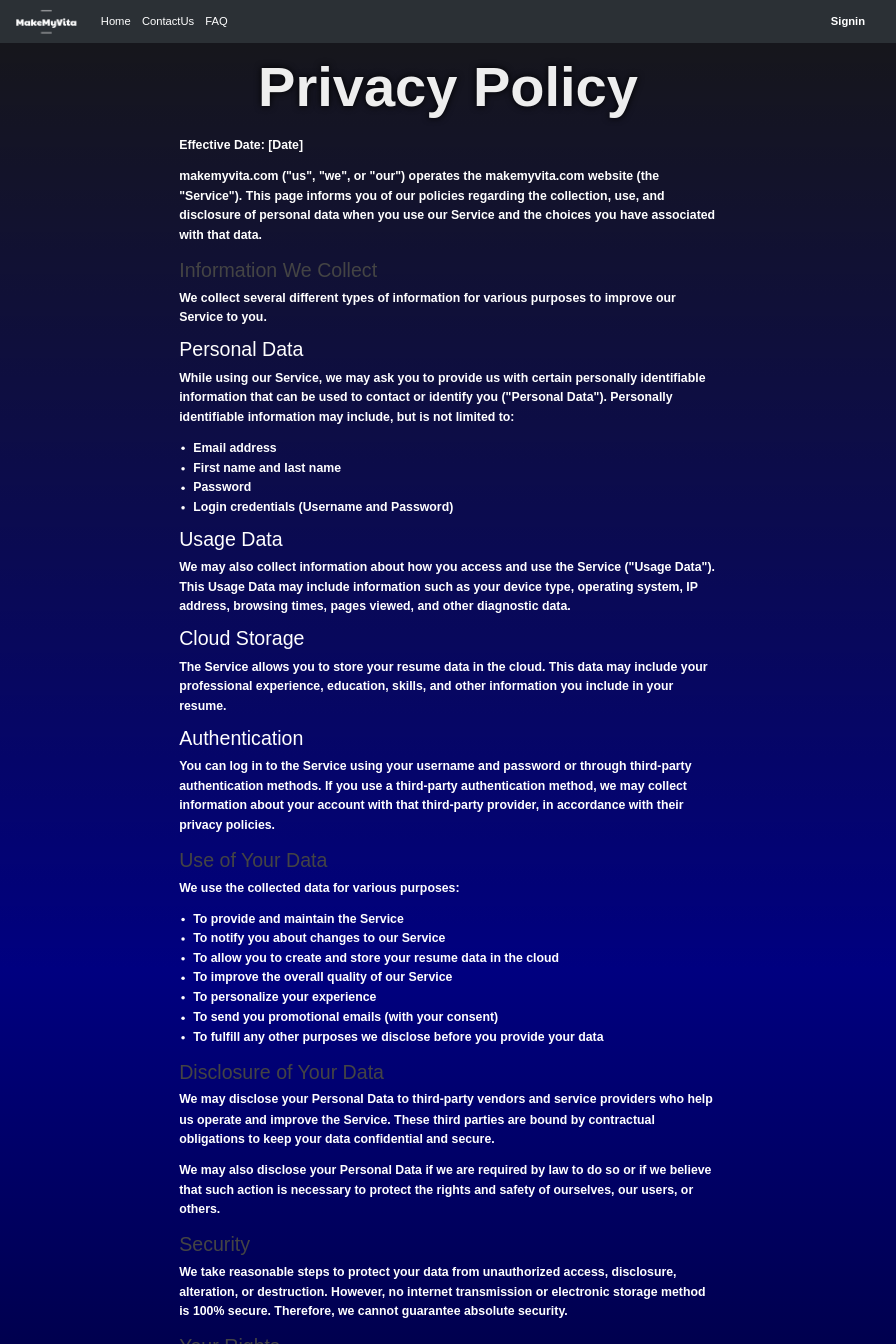
Repository: Tejaakshaykumar/MakeMyVita-Resume-Builder-Website
Page: /privacy (app in frontend/)
These files come from the project's save history. The page is drawn as it stood at one moment and after the next save; the edit follows.
The browser window is 1280 px wide. The pictures show the part of the page from y = 0 to 1920 px (the page is 2960 px tall before and 3012 px after), at 70% of full size.
Some web libraries are served in a nearby version. The project was rebuilt for these pictures with package versions that can differ from the ones it lists, and the page was loaded fresh each time. Also part of the build but not shown: frontend/src/App.css, frontend/src/containers/About.js, frontend/src/containers/Buildresume.js, frontend/src/containers/Images.js, frontend/src/containers/Features.js, frontend/src/containers/Review.js, frontend/src/containers/Trybox.js, frontend/src/containers/Motionbox.js and 5 more.

Above is the page before, as saved 2024-06-10 11:59:59.

### frontend/public/index.html
<!DOCTYPE html>
<html lang="en">
  <head>
    <meta charset="utf-8" />
    <link rel="icon" href="%PUBLIC_URL%/favicon.ico" />
    <meta name="viewport" content="width=device-width, initial-scale=1" />
    <meta name="theme-color" content="#000000" />
    <meta
      name="description"
      content="Web site created using create-react-app"
    />
    <link rel="apple-touch-icon" href="%PUBLIC_URL%/logo192.png" />
    <!--
      manifest.json provides metadata used when your web app is installed on a
      user's mobile device or desktop. See https://developers.google.com/web/fundamentals/web-app-manifest/
    -->
    <link rel="manifest" href="%PUBLIC_URL%/manifest.json" />
    <link rel="stylesheet" href="https://stackpath.bootstrapcdn.com/bootstrap/4.5.2/css/bootstrap.min.css">
  <link rel="stylesheet" href="https://stackpath.bootstrapcdn.com/font-awesome/4.7.0/css/font-awesome.min.css">
  <link href="https://cdn.jsdelivr.net/npm/bootstrap@5.3.3/dist/css/bootstrap.min.css" rel="stylesheet" integrity="sha384-QWTKZyjpPEjISv5WaRU9OFeRpok6YctnYmDr5pNlyT2bRjXh0JMhjY6hW+ALEwIH" crossorigin="anonymous">
  <link href="https://cdn.jsdelivr.net/npm/bootstrap-icons@1.7.2/font/bootstrap-icons.css" rel="stylesheet">
    <!--
      Notice the use of %PUBLIC_URL% in the tags above.
      It will be replaced with the URL of the `public` folder during the build.
      Only files inside the `public` folder can be referenced from the HTML.

      Unlike "/favicon.ico" or "favicon.ico", "%PUBLIC_URL%/favicon.ico" will
      work correctly both with client-side routing and a non-root public URL.
      Learn how to configure a non-root public URL by running `npm run build`.
    -->
    <title>React App</title>
  </head>
  <body>
    <noscript>You need to enable JavaScript to run this app.</noscript>
    <div id="root"></div>
    <!--
      This HTML file is a template.
      If you open it directly in the browser, you will see an empty page.

      You can add webfonts, meta tags, or analytics to this file.
      The build step will place the bundled scripts into the <body> tag.

      To begin the development, run `npm start` or `yarn start`.
      To create a production bundle, use `npm run build` or `yarn build`.
    -->
  </body>
  <script src="https://cdn.jsdelivr.net/npm/bootstrap@5.3.3/dist/js/bootstrap.bundle.min.js" integrity="sha384-YvpcrYf0tY3lHB60NNkmXc5s9fDVZLESaAA55NDzOxhy9GkcIdslK1eN7N6jIeHz" crossorigin="anonymous"></script>
</html>

### frontend/src/containers/Navbar.js
import React from 'react';
import { useNavigate } from 'react-router-dom';
import logo from '../images/HubSpot Brand Kit/Logo/PNG/main-logo-white-transparent.png';
export default function Navbar() {
  const navigate = useNavigate();
  const handleSigninClick = () => {
    navigate('/signin');
  };
  return (
    <div>

      <nav className="navbar fixed-top navbar-expand-lg bg-body-tertiary" data-bs-theme="dark" >
      <div className="container-fluid" >
        <a className="navbar-brand" href="/">
        <img src={logo} alt="Logo" style={{height:'5vh',width:'15vh',objectFit:'cover'}} />
        </a>
        <button
          className="navbar-toggler"
          type="button"
          data-bs-toggle="collapse"
          data-bs-target="#navbarSupportedContent"
          aria-controls="navbarSupportedContent"
          aria-expanded="false"
          aria-label="Toggle navigation"
        >
          <span className="navbar-toggler-icon" />
        </button>
        <div className="collapse navbar-collapse" id="navbarSupportedContent">
          <ul className="navbar-nav me-auto mb-2 mb-lg-0">
            <li className="nav-item">
              <a className="nav-link active" aria-current="page" href="/">
                Home
              </a>
            </li>
            <li className="nav-item">
              <a className="nav-link active" aria-current="page" href="#">
                ContactUs
              </a>
            </li>
            <li className="nav-item">
              <a className="nav-link active" aria-current="page" href="/FAQ">
                FAQ
              </a>
            </li>
          </ul>
          <form className="d-flex">
            <button className=" btn btn-outline-success custom-btn" type="submit" onClick={handleSigninClick}>
            &nbsp;&nbsp;&nbsp;&nbsp;&nbsp;Signin&nbsp;&nbsp;&nbsp;&nbsp;&nbsp;
            </button>
          </form>
        </div>
      </div>
    </nav>

    </div>
  );
}

### frontend/src/containers/Foot.js
import React from 'react';
import './cont.css'; // Import the CSS file

export default function Foot() {
  return (
    <footer>
      <div className="footer-container ">
        <ul className="footer-nav">
        <li className="nav-item">
            <a className="nav-link" href="/aboutus">
              ABOUT US
            </a>
          </li>
          <>|</>
          <li className="nav-item">
            <a className="nav-link" href="/T&C">
              TERMS & CONDITIONS
            </a>
          </li>
          <>|</>
        <li className="nav-item">
            <a className="nav-link" href="/privacy">
              PRIVACY POLICY
            </a>
          </li>
          <>|</>
          <li className="nav-item">
            <a className="nav-link" href="#">
              CONTACT US
            </a>
          </li>
          <>|</>
          <li className="nav-item">
            <a className="nav-link" href="/FAQ">
              FAQs
            </a>
          </li>
        </ul>
        <div class="social-icons">
        <a href="https://www.facebook.com" target="_blank" aria-label="Facebook">
          <i class="bi bi-facebook"></i>
        </a>
        <a href="https://www.instagram.com" target="_blank" aria-label="Instagram">
          <i class="bi bi-instagram"></i>
        </a>
        <a href="https://www.pinterest.com" target="_blank" aria-label="Pinterest">
          <i class="bi bi-pinterest"></i>
        </a>
        <a href="https://www.youtube.com" target="_blank" aria-label="YouTube">
          <i class="bi bi-youtube"></i>
        </a>
        <a href="https://www.linkedin.com" target="_blank" aria-label="LinkedIn">
          <i class="bi bi-linkedin"></i>
        </a>
        <a href="https://www.twitter.com" target="_blank" aria-label="Twitter">
          <i class="bi bi-twitter"></i>
        </a>
      </div>
      <div className="footer-copy">
          &copy; 2024 developed by Teja Akshay Kumar
      </div>
      </div>
    </footer>
  );
}

### frontend/src/containers/cont.css
/* navbar */
.custom-btn {
  color: white;
}
.custom-btn:hover {
  color: black;
  background-color: white;
}

.footer-container {
  height: 25vh;
  width: 100%;
  background-color: rgb(0, 0, 0);
  color: white;
  display: flex;
  flex-direction: column;
  align-items: center;
  /* padding-bottom: 3%; */
  /* justify-content: center; */
}

.footer-nav {
  display: flex;
  list-style: none;
  padding-top: 30px;
  margin: 0;
}

.footer-nav .nav-item {
  margin: 0 50px;
}

.footer-nav .nav-item .nav-link {
  color: white;
  text-decoration: none;
  /* text-transform: uppercase; */
  /* text-decoration: underline; */
}

.footer-nav .nav-item .nav-link:hover {
  text-decoration: underline;
}

.footer-copy {
  /* padding-top: 5%; */
  text-align: center;
  font-size: large;
  font-weight: 500;
  /* padding-bottom: 3%; */
}

.social-icons {
  display: flex;
  justify-content: center;
  gap: 40px;
  padding: 40px;
  /* background-color: #f0f0f0; */
}

.social-icons a {
  color: #ffffff;
  font-size: 24px;
  text-decoration: none;
}

.social-icons a:hover {
  color: #007bff;
}

/* Features */

.feature-component {
  height: 90vh;
  width: 100%;
  display: flex;
  justify-content: flex-start;
  flex-wrap: wrap;
  margin-top: 10%;
  padding-left: 8%;
  padding-right: 8%;
}
.feature {
  flex: 1 1 30%;
  box-sizing: border-box;
  padding: 20px;
  margin: 10px;
  text-align: center;
  background-color: #fff;
  border-radius: 8px;
  /* box-shadow: 0 4px 8px rgba(0, 0, 0, 0.1); */
}

.feature img {
  width: 60px;
  height:80px;
  margin-bottom: 10px;
}

.feature h3 {
  font-size: 1.5em;
  margin-bottom: 10px;
  font-weight: 500;
  font-family:'Franklin Gothic Medium', 'Arial Narrow', Arial, sans-serif;
}

.feature p {
  font-size: 1.3em;
  color: #666;
  font-weight: 400;
  font-family: 'Gill Sans', 'Gill Sans MT', Calibri, 'Trebuchet MS', sans-serif;
}

.feature:hover {
  background: linear-gradient(to right, #fd4908, #1e90ff);
  box-shadow: black;
  border-radius: 5%;
  color: rgb(255, 255, 255);
}

.feature:hover h3,
.feature:hover p {
  color: rgb(255, 255, 255);
}

/* About */
.resume-builder-container {
  display: flex;
  flex-direction: row;
  justify-content: space-between;
  align-items: center;
  padding: 10vh;
  /* background-color: #fff; */
  background: linear-gradient(to right, #84eefc, #ffffff, #ffffff);
  /* background:linear-gradient(to left, #00e1ff,#ffffff, #ffffff); */
  /* border: 1px solid #ddd; */
  /* border-radius: 8px; */
  /* box-shadow: 0 2px 4px rgba(0, 0, 0, 0.1); */
  height: 80vh;
}

.resume-builder-container1 {
  display: flex;
  flex-direction: row;
  justify-content: space-between;
  align-items: center;
  padding: 10vh;
  height: 80vh;
  background: linear-gradient(to top, #ffffff, #59CE8F,#E8F9FD, #ffffff);
}

/* .resume-builder-image {
    -webkit-mask-image: radial-gradient(circle, rgba(0, 0, 0, 1) 50%, rgba(0, 0, 0, 0) 90%);
    mask-image: radial-gradient(circle, rgba(0, 0, 0, 1) 50%, rgba(0, 0, 0, 0) 90%);
  }
   */
.resume-builder-content {
  max-width: 60%;
  padding: 10%;
}

.resume-builder-content1 {
  max-width: 70%;
  padding: 10%;
}

.resume-builder-content h1 {
  font-size: 4em;
  color: #333;
  margin-bottom: 10px;
  font-family: "Franklin Gothic Medium", "Arial Narrow", Arial, sans-serif;
  text-align: left;
}

.resume-builder-content p {
  font-size: 1.4em;
  font-weight: 400;
  color: #666;
  line-height: 1.5;
  margin-bottom: 20px;
  /* padding-left: 2%; */
  /* text-align: center; */
}

.resume-builder-content1 h1 {
  font-size: 4em;
  color: #333;
  margin-bottom: 10px;
  font-family: "Franklin Gothic Medium", "Arial Narrow", Arial, sans-serif;
  text-align: left;
}

.resume-builder-content1 p {
  font-size: 1.4em;
  font-weight: 400;
  color: #666;
  line-height: 1.5;
  margin-bottom: 20px;
  /* padding-left: 2%; */
  /* text-align: center; */
}

.aboutbutton {
  height: 6vh;
  width: 27%;
  margin-left: 20%;
  margin-top: 2%;
  text-align: center;
  font-weight: 500;
  border-radius: 7px;
  color: #ffffff;
  font-weight: 700;
  transition: background 0.3s ease;
  /* border-style:solid; */
  border-color: white;
  background: #3e14fc;
  box-shadow: 0 2px 6px rgba(24, 23, 23, 0.801);
  /* box-shadow: #3e14fc; */
}
.aboutbutton:hover {
  transition: background 0.3s ease;
  border-style: solid;
  background: linear-gradient(to right, #ffd000, #ff0000);
  box-shadow: #3e14fc;
}

.create-now-button {
  background-color: #00b0ff;
  color: #fff;
  border: none;
  padding: 10px 20px;
  font-size: 1em;
  border-radius: 5px;
  cursor: pointer;
}

.create-now-button:hover {
  background-color: #008cba;
}

.resume-builder-image {
  max-width: 40%;
}

.resume-builder-image img {
  max-width: 100%;
  height: auto;
  border-radius: 8px;
}

.text-gradient {
  background: linear-gradient(to right, #ff7f50, #1e90ff);
  -webkit-background-clip: text;
  -webkit-text-fill-color: transparent;
  background-clip: text;
  color: transparent;
}

.icon-container {
  width: 100%;
  height: 100px;
  overflow: hidden;
  white-space: nowrap;
  position: relative;
  background-color: #ffffff;
  padding-bottom: 25px;
}

.icons {
  display: inline-block;
  animation: moveIcons 40s linear infinite;
}

.icons img {
  font-size: 24px;
  margin: 0 15px; /* Add some margin between icons */
  color: #333;
  /* width: 100px; Adjust the size as needed */
  height: 50px;
}

@keyframes moveIcons {
  0% {
    transform: translateX(70%);
  }
  100% {
    transform: translateX(-100%);
  }
}

.try {
  height: 30vh;
  width: 100%;
  background-image: url("C:/Users/tejaa/Downloads/pexels-magda-ehlers-pexels-1279813.jpg");
  background-size: cover;
  align-items: center;
  display: flex;
  flex-direction: column;
  justify-content: center;
  margin-bottom: 7vh;
  margin-top: 5vh;
}

.try h2 {
  font-size: 280%;
  color: antiquewhite;
  text-shadow: 5px 5px 3px rgba(0, 0, 0, 0.3);
}
.try button {
  height: 4vh;
  width: 15%;
  font-weight: 700;
  border-radius: 5cm;
  color: blanchedalmond;
  border: #ffffff;
  background: linear-gradient(to right, #fd0808, #a51eff);
}

/* Review */
/* Styles for the main container */
/* Swiper specific styles */
/* #App {
  height: 100%;
}
html,
body {
  position: relative;
  height: 100%;
}

body {
  background: #eee;
  font-family: Helvetica Neue, Helvetica, Arial, sans-serif;
  font-size: 14px;
  color: #000;
  margin: 0;
  padding: 0;
} */
.swiper-container {
  /* position: relative; */
  height: 30vh;
  background: #ffffff;
  font-family: Helvetica Neue, Helvetica, Arial, sans-serif;
  font-size: 14px;
  color: #000;
  margin: 30px;
  padding: 10px;
  display: flex;
  flex-direction: row;
  justify-content: center;
}

.swiper {
  width: 100%;
  height: 100%;
}

.swiper-slide {
  text-align: center;
  font-size: 18px;
  background: #ffffff;
  display: flex;
  justify-content: center;
  align-items: center;
  padding-top: 20%;
  /* margin: 5%; */
}

.swiper-slide img {
  display: block;
  width: 100%;
  height: 100%;
  object-fit: cover;
}

.autoplay-progress {
  position: absolute;
  right: 16px;
  bottom: 16px;
  z-index: 10;
  width: 48px;
  height: 48px;
  display: flex;
  align-items: center;
  justify-content: center;
  font-weight: bold;
  color: var(--swiper-theme-color);
}

.autoplay-progress svg {
  --progress: 0;
  position: absolute;
  left: 0;
  top: 0px;
  z-index: 10;
  width: 100%;
  height: 100%;
  stroke-width: 4px;
  stroke: var(--swiper-theme-color);
  fill: none;
  stroke-dashoffset: calc(125.6px * (1 - var(--progress)));
  stroke-dasharray: 125.6;
  transform: rotate(-90deg);
}

### frontend/src/pages/pagestyles.css
/* TandC */

.tandc-container {
    max-width: 100%;
    padding: 6% 20%;
    font-family: Arial, sans-serif;
    background: linear-gradient(to top,rgb(0, 0, 0),navy,rgba(0, 0, 0, 0.911));
    color:#eee;
    margin-bottom: -2%;

  }

  .tandc-container h1 {
    text-align: center;
    margin-bottom: 20px;
    font-weight: 700;
    color: #eee;
    font-size: 5rem;
    text-shadow: 0px 0px 10px rgb(0, 0, 0);
  }

  .tandc-container h2 {
    margin-top: 30px;
    color: #eee;
    font-weight: 700;
    font-size: 1.7rem;
    text-shadow: 0px 0px 10px rgba(0, 0, 0, 0.884);
  }

  .tandc-container p {
    line-height: 1.6;
    font-weight: 600;
    font-size: 1.1rem;
  }

  .tandc-container ul {
    list-style-type: disc;
    padding-left: 20px;
    font-weight: 600;
    font-size: 1.1rem;
  }

  .tandc-container a {
    color: #1a73e8;
    text-decoration: none;
  }

  .tandc-container a:hover {
    text-decoration: underline;
  }


  /* Privacy */
  .privacy-container {
    max-width: 100%;
    padding: 6% 20%;
    font-family: 'Arial', sans-serif;
    color: #ffffff;
    line-height: 1.6;
    background: linear-gradient(to top,rgb(0, 0, 0),navy,rgba(0, 0, 0, 0.911));
    /* border-radius: 8px; */
    /* box-shadow: 0 0 10px rgba(0, 0, 0, 0.1); */
    margin-bottom: -2%;
  }

  .privacy-container h1 {
    text-align: center;
    margin-bottom: 20px;
    font-weight: 700;
    color: #eee;
    font-size: 5rem;
    text-shadow: 0px 0px 10px rgb(0, 0, 0);
  }

  .privacy-container h2 {
    color: #444;
    font-size: 1.75rem;
    margin-top: 20px;
  }

  .privacy-container h3 {

  }

  .privacy-container p {
    line-height: 1.6;
    font-weight: 600;
    font-size: 1.1rem;
  }

  .privacy-container ul {
    list-style-type: disc;
    padding-left: 20px;
    font-weight: 600;
    font-size: 1.1rem;
  }

  .privacy-container a {
    color: #1a73e8;
    text-decoration: none;
  }

  .privacy-container a:hover {
    text-decoration: underline;
  }

  @media (max-width: 600px) {
    .privacy-container {
      padding: 10px;
    }

    h1 {
      font-size: 2rem;
    }

    h2 {
      font-size: 1.5rem;
    }

    h3 {
      font-size: 1.25rem;
    }
  }

  /* Aboutus */
  .about-container {
    font-family: 'Arial', sans-serif;
    color: #fff;
    max-width: 1200px;
    margin: 0 auto;
    padding: 20px;
    background-color: #000; /* For overall contrast, adjust as needed */
  }

  .about-top {
    position: relative;
    text-align: center;
    color: white;
  }

  .about-image {
    width: 100%;
    height: auto;
    border-radius: 10px;
    opacity: 0.8;
  }

  .about-content {
    position: absolute;
    top: 50%;
    left: 50%;
    transform: translate(-50%, -50%);
    background-color: rgba(0, 0, 0, 0.5); /* Semi-transparent background */
    padding: 20px;
    border-radius: 10px;
    max-width: 90%;
    text-align: left;
  }

  .about-content h1 {
    font-size: 3rem;
    margin-bottom: 10px;
  }

  .about-content p {
    font-size: 1.2rem;
  }

  .about-bottom {
    background-color: #222;
    padding: 40px;
    border-radius: 10px;
    margin-top: 20px;
  }

  .about-bottom h2 {
    font-size: 2rem;
    margin-bottom: 20px;
  }

  .about-bottom p,
  .about-bottom ul {
    font-size: 1.2rem;
    line-height: 1.6;
  }

  .about-bottom ul {
    list-style-type: disc;
    padding-left: 20px;
  }

  .about-bottom h3 {
    font-size: 1.5rem;
    margin-top: 20px;
  }

  @media (max-width: 768px) {
    .about-content h1 {
      font-size: 2rem;
    }

    .about-content p {
      font-size: 1rem;
    }

    .about-bottom h2 {
      font-size: 1.5rem;
    }

    .about-bottom p,
    .about-bottom ul {
      font-size: 1rem;
    }
  }

  /* FAQ */
  /* styles.css */

/* body, html {
  margin: 0;
  padding: 0;
  font-family: Arial, sans-serif;
  background-color: #f7f7f7;
}

.app {
  display: flex;
  justify-content: center;
  align-items: center;
  min-height: 100vh;
  padding: 20px;
} */

.faq-container {
  background-color: white;
  padding: 20px;
  border-radius: 8px;
  max-width: 800px;
  width: 100%;
  box-shadow: 0 4px 8px rgba(0, 0, 0, 0.1);
}

.faq-container h1 {
  text-align: center;
  margin-bottom: 20px;
}

.faq-container input {
  width: 100%;
  padding: 10px;
  margin-bottom: 20px;
  border: 1px solid #ccc;
  border-radius: 4px;
}

.faq-list {
  max-height: 500px;
  overflow-y: auto;
}

.faq-item {
  border-bottom: 1px solid #eee;
  padding: 10px 0;
}

.faq-question {
  cursor: pointer;
  font-weight: bold;
}

.faq-answer {
  margin-top: 10px;
}

.related-articles {
  margin-top: 10px;
}

.related-articles h4 {
  margin-bottom: 5px;
}

.related-articles ul {
  padding-left: 20px;
  margin: 0;
}

.related-articles li {
  list-style-type: disc;
}



  /* Dashboard */
  body {
    font-family: Arial, sans-serif;
  }

  .sidebar {
    position: fixed;
    top: 0;
    bottom: 0;
    left: 0;
    z-index: 100;
    padding: 48px 0 0;
    box-shadow: inset -1px 0 0 rgba(0, 0, 0, .1);
  }

  .sidebar .nav-link {
    font-weight: 500;
    color: #333;
  }

  .sidebar .nav-link.active {
    color: #007bff;
  }

  .sidebar .nav-link:hover {
    color: #007bff;
  }

  .sidebar .sidebar-title {
    padding: 16px;
    font-size: 1.5rem;
    text-align: center;
  }

  .sidebar-footer {
    position: absolute;
    bottom: 0;
    width: 100%;
    padding: 16px;
    text-align: center;
  }

  .sidebar-footer .nav-link {
    color: #007bff;
  }

  .sidebar-footer .nav-link:hover {
    color: #0056b3;
  }

  .badge-new {
    background-color: #28a745;
    color: white;
    padding: 4px 8px;
    border-radius: 12px;
  }

  .card {
    margin-bottom: 1.5rem;
  }

  .card-title {
    font-size: 1.5rem;
    font-weight: bold;
  }

  .alert {
    margin-bottom: 0;
    font-size: 0.875rem;
  }

  @media (max-width: 767.98px) {
    .sidebar {
      position: relative;
      width: 100%;
      height: auto;
    }

    .sidebar .nav-link {
      font-size: 0.875rem;
    }
  }


  /* Signin */


  .signin {
    /* background: linear-gradient(45deg, #a1c4fd, #c2e9fb); */
    font-family: 'Arial', sans-serif;
    /* background:linear-gradient(to top,#000000,#5A72A0,#83B4FF,#FDFFE2); */
    background:linear-gradient(to top,#000000,#243763);
    /* background:linear-gradient(to top,#000000,#E96479,#F5E9CF,#c4fffd); */

    height: 100vh;
    display: flex;
    justify-content: center;
    align-items: center;
    margin-bottom: -2%;
  }

  .signin-container {
    text-align: center;

  }

  .signin-box {
    background: #fff;
    padding: 40px;
    border-radius: 8px;
    box-shadow: 0px 0px 20px rgba(0, 0, 0, 0.301);
    width: 500px;
    max-width: 90%;
  }

  .signin-header h2 {
    font-size: 24px;
    font-weight: 700;
    margin-bottom: 10px;
  }

  .signin-header p {
    font-size: 14px;
    color: #777;
    margin-bottom: 20px;
  }

  .form-group {
    margin-bottom: 15px;
  }

  .form-group label {
    display: block;
    text-align: left;
    margin-bottom: 5px;
  }

  .form-control {
    width: 100%;
    padding: 10px;
    border: 1px solid #ccc;
    border-radius: 4px;
    box-sizing: border-box;
  }

  .input-group {
    display: flex;
    align-items: center;
  }

  .input-group-append {
    background: #fff;
    border: 1px solid #ccc;
    border-left: 0;
    padding: 10px;
    border-radius: 0 4px 4px 0;
    cursor: pointer;
  }

  .form-check {
    display: flex;
    align-items: center;
    justify-content: space-between;
    margin: 20px 0;
  }

  .form-check-input {
    margin-right: 10px;
  }

  .form-check-label {
    margin-right: auto;
  }

  .forgot-password {
    color: #000;
    text-decoration: none;
  }

  .btn {
    width: 100%;
    padding: 10px;
    border: none;
    border-radius: 4px;
    cursor: pointer;
    font-size: 16px;
    font-weight: bold;
  }

  .btn-primary {
    background: #000;
    color: #fff;
  }

  .or-use {
    margin: 20px 0;
  }

  .or-use span {
    background: #fff;
    padding: 0 10px;
    color: #777;
  }

  .social-login {
    display: flex;
    justify-content: center;
    margin: 20px 0;
  }

  .social-login button {
    margin: 0 10px;
    width: 50px;
    height: 50px;
    border-radius: 50%;
    border: 1px solid #ccc;
    display: inline-flex;
    justify-content: center;
    align-items: center;
    background: #fff;
    cursor: pointer;
  }

  footer {
    margin-top: 20px;
  }

  footer p {
    font-size: 14px;
    color: #777;
  }

Loaded but not shown: frontend/src/index.js (common file); frontend/src/index.css (common file); frontend/src/reportWebVitals.js (common file); frontend/src/pages/Privacy.js (121 lines, source omitted); frontend/src/App.js (99 lines, source omitted)

After the next save:
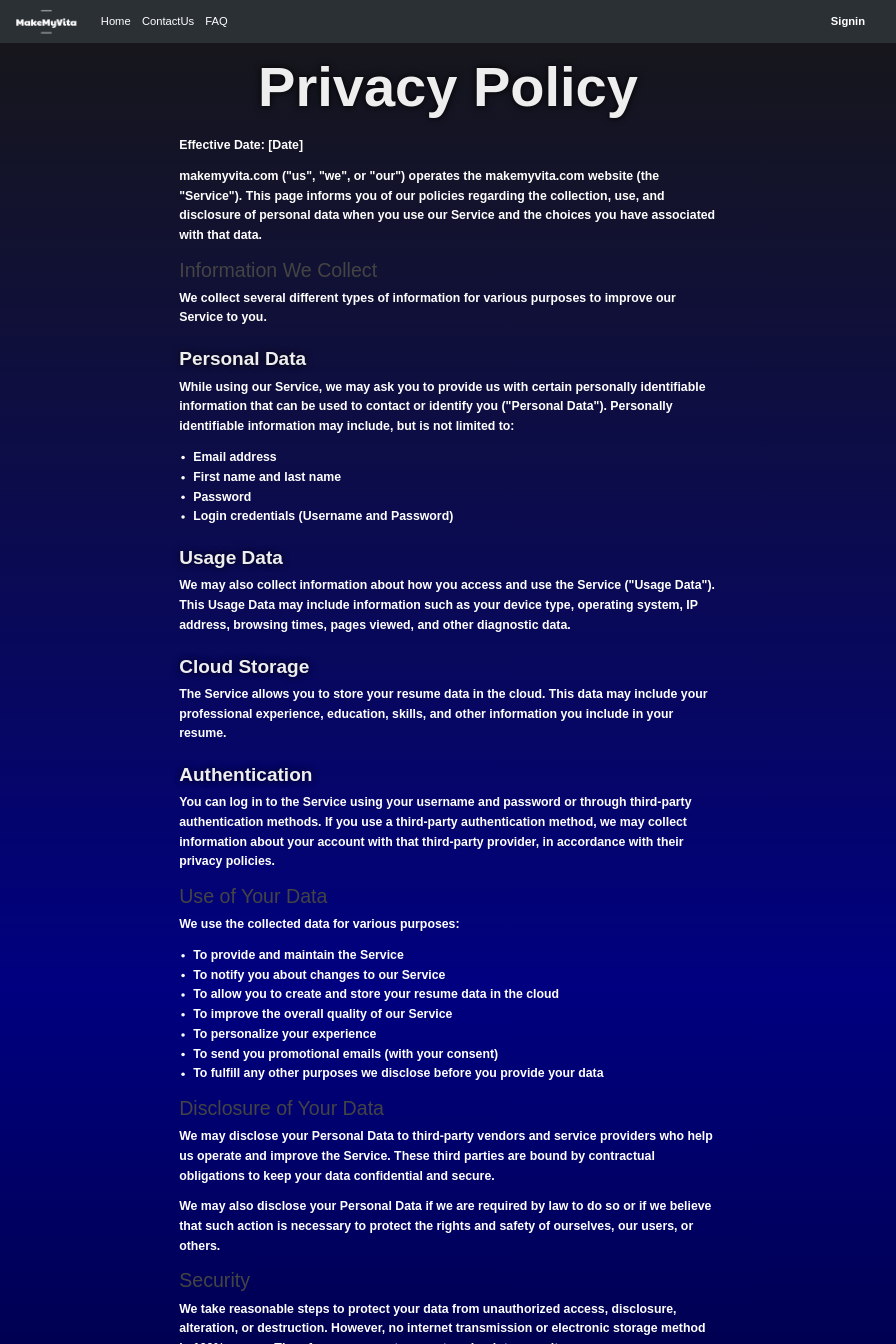
Saved 6 s later.
--- a/frontend/src/pages/pagestyles.css
+++ b/frontend/src/pages/pagestyles.css
@@ -79,7 +79,11 @@
   }
 
   .privacy-container h3 {
-
+    margin-top: 30px;
+    color: #eee;
+    font-weight: 700;
+    font-size: 1.7rem;
+    text-shadow: 0px 0px 10px rgba(0, 0, 0, 0.884);
   }
 
   .privacy-container p {
